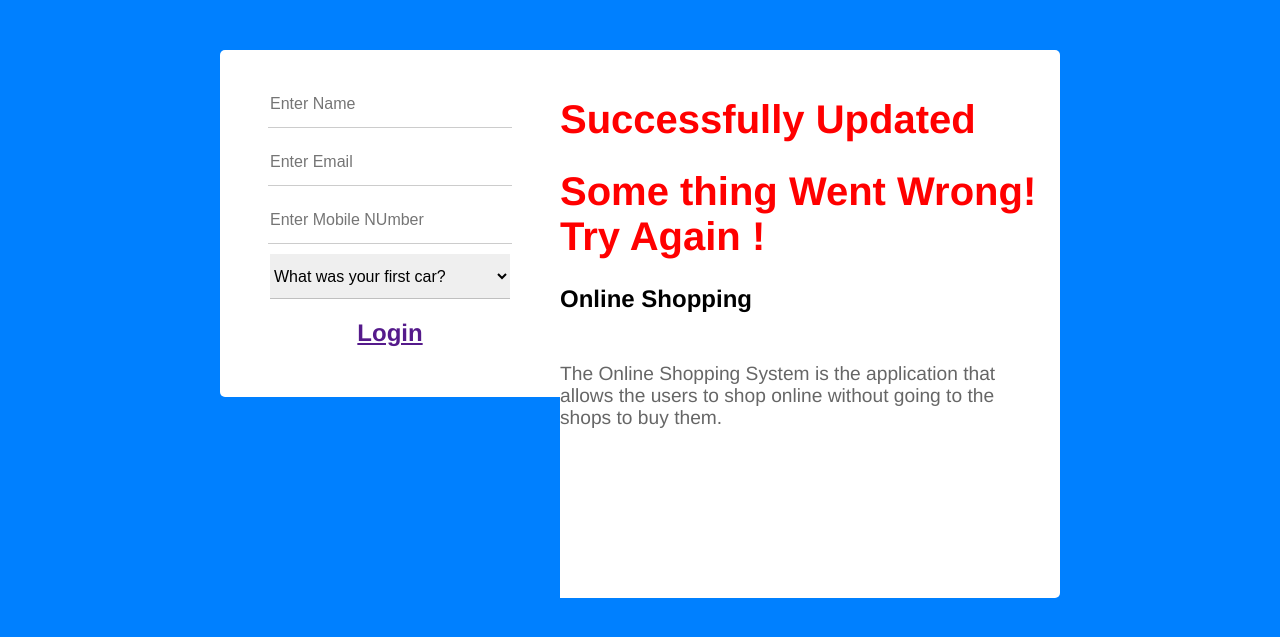
Repository: 0ritik0/Online_VCDS
Page: http://localhost/Online_VCDSystem/signup.jsp
These files come from the project's save history. The page is drawn as it stood at one moment and after the next save; the edit follows.
The browser window is 1280 px wide. The pictures show the whole page.
The page is served by Tomcat 9. Other server files are loaded and not shown.

Above is the page before, as saved 2022-04-12 07:32:17.

### Online_VCDSystem/Online_VCDSystem/WebContent/signup.jsp
<!DOCTYPE html>
<html>
<head>
<link rel="stylesheet" href="css/signup-style.css">
<title>Signup</title>
</head>
<body>
<div id='container'>
  <div class='signup'>
    <form action="" method="post">
    <input type="text" name="name" placeholder="Enter Name" required>
    <input type="email" name="email" placeholder="Enter Email" required>
    <input type="number" name="mobilenumber" placeholder="Enter Mobile NUmber" required>
    <select name="securityQuestion" required>
    <option value="What was your first car?">What was your first car?</option>
    <option value="What is the name of your first pet?">What is the name of your first pet?</option>
    <option value="What elementary school did you attend?">What elementary school did you attend?</option>
    <option value="What is the name of the town where you were born?">What is the name of the town where you were born?</option>

    </select>


    </form>
      <h2><a href="">Login</a></h2>
  </div>
  <div class='whysign'>

<h1>Successfully Updated</h1>


<h1>Some thing Went Wrong! Try Again !</h1>

    <h2>Online Shopping</h2>
    <p>The Online Shopping System is the application that allows the users to shop online without going to the shops to buy them.</p>
  </div>
</div>

</body>
</html>

### Online_VCDSystem/Online_VCDSystem/WebContent/css/signup-style.css
body {
  background-color: #0080FF;
  font: 1em Helvetica;
}

#container {
  width: 840px;
  margin: 25px auto;
  margin-top: 50px;
}

.whysign {
  float: left;
  background-color: white;
  width: 480px;
  height: 528px;
  border-radius: 0 5px 5px 0;
  padding-top: 20px;
  padding-right: 20px;
}
.whysignLogin
{
	float: left;
  background-color: white;
  width: 480px;
  height: 347px;
  border-radius: 0 5px 5px 0;
  padding-top: 20px;
  padding-right: 20px;
}
.whyforgotPassword
{
	float: left;
  background-color: white;
  width: 480px;
  height: 470px;
  border-radius: 0 5px 5px 0;
  padding-top: 20px;
  padding-right: 20px;
}
.signup {
  float: left;
  width: 300px;
  padding: 30px 20px;
  background-color: white;
  text-align: center;
  border-radius: 5px 0 0 5px;
}


[type=text],[type=email],[type=number],[type=password],select,option {
  display: block;
  margin: 0 auto;
  width: 80%;
  border: 0;
  border-bottom: 1px solid rgba(0,0,0,.2);
  height: 45px;
  line-height: 45px;
  margin-bottom: 10px;
  font-size: 1em;
  color: black;
}

[type=submit] {
  margin-top: 25px;
  width: 80%;
  border: 0;
  background-color: #0080FF;
  border-radius: 5px;
  height: 50px;
  color: white;
  font-weight: 400;
  font-size: 1em;
}

[type='text']:focus {
  outline: none;
  border-color: #53CACE;
}

h1 {
  color: red;
  font-weight: 900;
  font-size: 2.5em;
}

p {
  color: rgba(0,0,0,.6);
  font-size: 1.2em;
  margin: 50px 0 50px 0;
}

span {
  font-size: .75em;
  background-color: white;
  padding: 2px 5px;
  color: rgba(0,0,0,.6);
  border-radius: 2px;
  box-shadow: 1px 1px 1px rgba(0,0,0,.3);
  margin: 5px;
}

span:hover {
  color: #53CACE;
}

p:nth-of-type(2) {
  font-size: 1em;
}

After the next save:
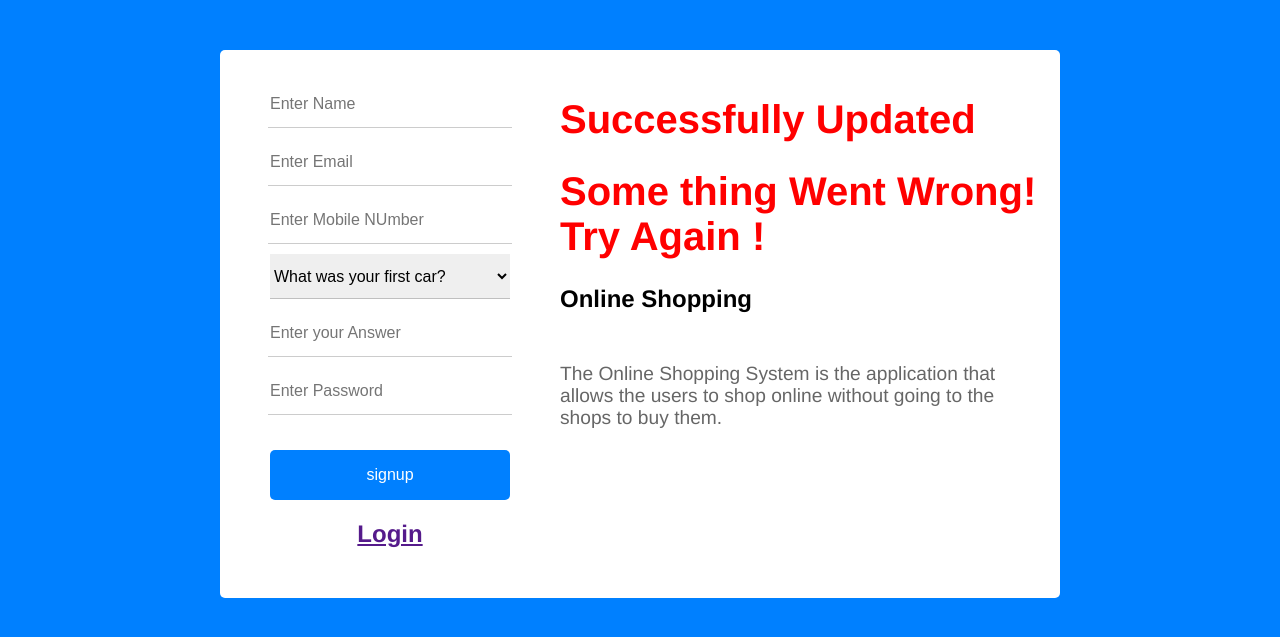
Saved 2 min 4 s later.
--- a/Online_VCDSystem/Online_VCDSystem/WebContent/signup.jsp
+++ b/Online_VCDSystem/Online_VCDSystem/WebContent/signup.jsp
@@ -19,6 +19,12 @@
 
     </select>
 
+    <input type="text" name="answer" placeholder="Enter your Answer" required>
+    <input type="password" name="password" placeholder="Enter Password" required>
+    <input type="submit" value="signup" >
+
+
+
 
     </form>
       <h2><a href="">Login</a></h2>
